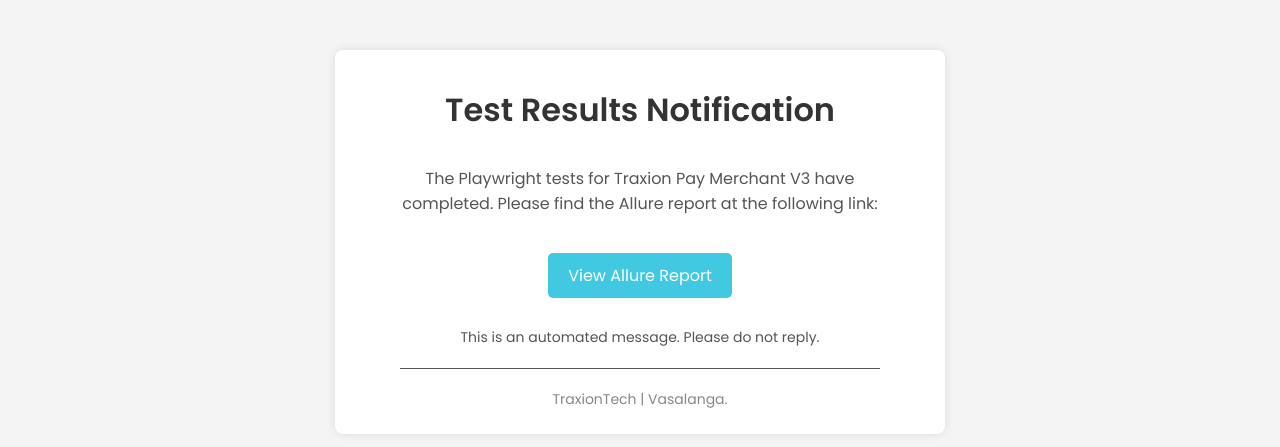
Repository: jmendozaqa24/TraxionPay-V3
Page: template.html
An editor plug-in stored every save of this project. The page is shown before and after the next save, followed by the edit.
The browser window is 1280 px wide. The pictures show the whole page.

Above is the page before, as saved 2025-02-13 08:57:52.

### template.html
<!DOCTYPE html>
<html lang="en">
<head>
    <meta charset="UTF-8">
    <meta name="viewport" content="width=device-width, initial-scale=1.0">
    <title>Test Results Notification</title>
    <link href="https://fonts.googleapis.com/css2?family=Poppins:wght@400;600&display=swap" rel="stylesheet">
</head>
<body style="font-family: 'Poppins', Arial, sans-serif; background-color: #f4f4f4; margin: 5px 0; padding: 25px 0; border-radius: 8px;">
    <div style="max-width: 600px; margin: 20px auto; background-color: #ffffff; padding: 5px; border-radius: 8px; box-shadow: 0 0 10px rgba(0, 0, 0, 0.1);">
        <div style="text-align: center; padding-bottom: 0">
            <h1 style="color: #333333; margin: 5; padding: 10px;">Test Results Notification</h1>
        </div>
        <div style="text-align: center; margin: 5; padding: 0 40px;">
            <p style="color: #555555; font-size: 16px; line-height: 1.6;">
                The Playwright tests for Traxion Pay Merchant V3 have completed. Please find the Allure report at the following link:
            </p>
            <a href="https://dread-vin.github.io/TraxionPay-V3/"
                style="display: inline-block; padding: 10px 20px; margin-top: 20px; font-size: 16px; color: #ffffff; background-color: #41C9E2; border-radius: 5px; text-decoration: none;">
                View Allure Report
            </a>
        </div>
        <div style="text-align: center; padding-top: 15px; font-size: 14px; color: #555555;">
            <p>This is an automated message. Please do not reply.</p>
        </div>
        <hr style="border: none; border-top: 0.1px solid #555555; width: 80%; margin: 20px auto;">
        <div style="text-align: center;  padding-bottom: 5px; font-size: 14px; color: #888888;">
            <p>TraxionTech | Vasalanga.</p>
        </div>
    </div>
</body>
</html>

After the next save:
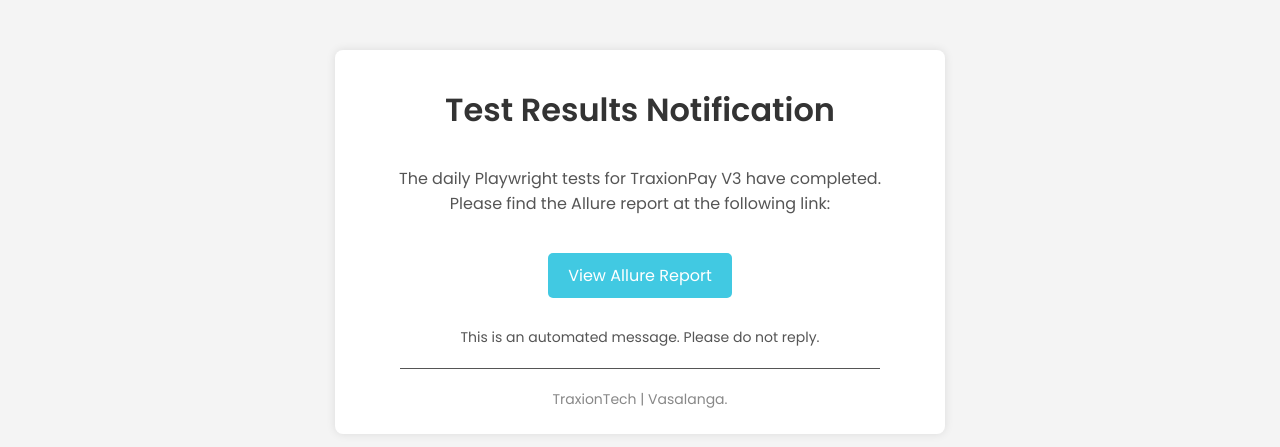
Saved 28 h 13 min later.
--- a/template.html
+++ b/template.html
@@ -1,32 +1,32 @@
 <!DOCTYPE html>
-<html lang="en">
-<head>
-    <meta charset="UTF-8">
-    <meta name="viewport" content="width=device-width, initial-scale=1.0">
-    <title>Test Results Notification</title>
-    <link href="https://fonts.googleapis.com/css2?family=Poppins:wght@400;600&display=swap" rel="stylesheet">
-</head>
-<body style="font-family: 'Poppins', Arial, sans-serif; background-color: #f4f4f4; margin: 5px 0; padding: 25px 0; border-radius: 8px;">
-    <div style="max-width: 600px; margin: 20px auto; background-color: #ffffff; padding: 5px; border-radius: 8px; box-shadow: 0 0 10px rgba(0, 0, 0, 0.1);">
-        <div style="text-align: center; padding-bottom: 0">
-            <h1 style="color: #333333; margin: 5; padding: 10px;">Test Results Notification</h1>
-        </div>
-        <div style="text-align: center; margin: 5; padding: 0 40px;">
-            <p style="color: #555555; font-size: 16px; line-height: 1.6;">
-                The Playwright tests for Traxion Pay Merchant V3 have completed. Please find the Allure report at the following link:
-            </p>
-            <a href="https://dread-vin.github.io/TraxionPay-V3/"
-                style="display: inline-block; padding: 10px 20px; margin-top: 20px; font-size: 16px; color: #ffffff; background-color: #41C9E2; border-radius: 5px; text-decoration: none;">
-                View Allure Report
-            </a>
-        </div>
-        <div style="text-align: center; padding-top: 15px; font-size: 14px; color: #555555;">
-            <p>This is an automated message. Please do not reply.</p>
-        </div>
-        <hr style="border: none; border-top: 0.1px solid #555555; width: 80%; margin: 20px auto;">
-        <div style="text-align: center;  padding-bottom: 5px; font-size: 14px; color: #888888;">
-            <p>TraxionTech | Vasalanga.</p>
-        </div>
-    </div>
-</body>
-</html>
+            <html lang="en">
+            <head>
+                <meta charset="UTF-8">
+                <meta name="viewport" content="width=device-width, initial-scale=1.0">
+                <title>Test Results Notification</title>
+                <link href="https://fonts.googleapis.com/css2?family=Poppins:wght@400;600&display=swap" rel="stylesheet">
+            </head>
+            <body style="font-family: 'Poppins', Arial, sans-serif; background-color: #f4f4f4; margin: 5px 0; padding: 25px 0;  border-radius: 8px;">
+                <div style="max-width: 600px; margin: 20px auto; background-color: #ffffff; padding: 5px; border-radius: 8px; box-shadow: 0 0 10px rgba(0, 0, 0, 0.1);">
+                    <div style="text-align: center; padding-bottom: 0">
+                        <h1 style="color: #333333; margin: 5; padding: 10px;">Test Results Notification</h1>
+                    </div>
+                    <div style="text-align: center; margin: 5; padding: 0 35px;">
+                        <p style="color: #555555; font-size: 16px; line-height: 1.6;">
+                            The daily Playwright tests for TraxionPay V3 have completed. Please find the Allure report at the following link:
+                        </p>
+                        <a href="https://dread-vin.github.io/TraxionPay-V3/"
+                            style="display: inline-block; padding: 10px 20px; margin-top: 20px; font-size: 16px; color: #ffffff; background-color: #41C9E2; border-radius: 5px; text-decoration: none;">
+                            View Allure Report
+                        </a>
+                    </div>
+                    <div style="text-align: center; padding-top: 15px; font-size: 14px; color: #555555;">
+                        <p>This is an automated message. Please do not reply.</p>
+                    </div>
+                    <hr style="border: none; border-top: 0.1px solid #555555; width: 80%; margin: 20px auto;">
+                    <div style="text-align: center;  padding-bottom: 5px; font-size: 14px; color: #888888;">
+                        <p>TraxionTech | Vasalanga.</p>
+                    </div>
+                </div>
+            </body>
+            </html>
